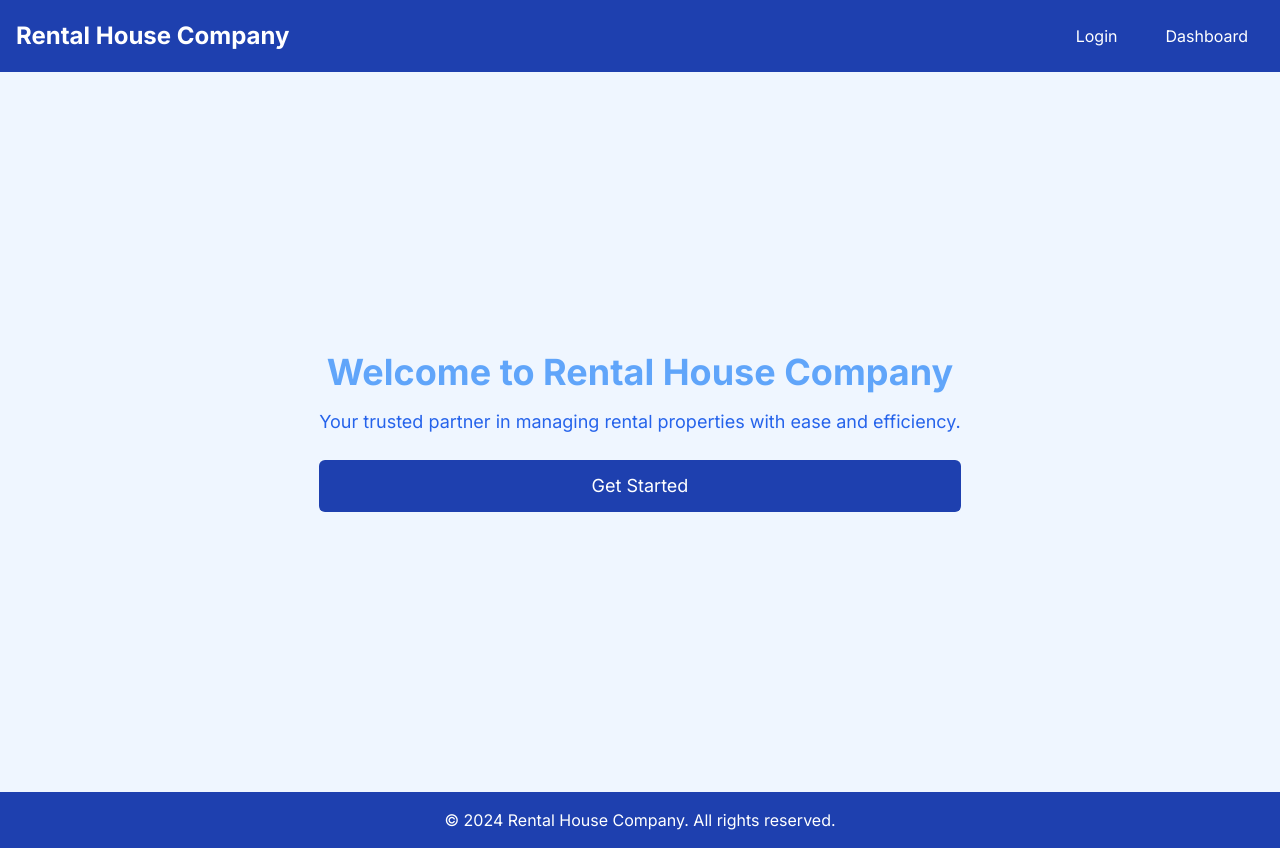
Repository: NassimeElkamari/Horizon-Housing
Page: /
An editor plug-in stored every save of this project. The page is shown before and after the next save, followed by the edit.
The browser window is 1280 px wide. The pictures show the whole page.
The project was rebuilt for these pictures with package versions that can differ from the ones it lists, and the page was loaded fresh each time. The framework's server and built-in components were replaced by stand-ins that run in the browser. Also part of the build but not shown: next.config.mjs.

Above is the page before, as saved 2024-08-28 21:10:39.

### src/app/page.tsx
import Link from 'next/link';

const HomePage = () => {
  return (
    <div className="min-h-screen bg-gray-100">
      <header className="bg-blue-800 text-white p-4">
        <div className="container mx-auto flex justify-between items-center">
          <h1 className="text-2xl font-bold">Rental House Company</h1>
          <nav>
            <ul className="flex space-x-4">
              <li>
                <Link href="/login">
                  <p className="hover:bg-blue-700 px-4 py-2 rounded-md">Login</p>
                </Link>
              </li>
              <li>
                <Link href="/dashboard">
                  <p className="hover:bg-blue-700 px-4 py-2 rounded-md">Dashboard</p>
                </Link>
              </li>
            </ul>
          </nav>
        </div>
      </header>

      <main className="flex flex-col items-center justify-center min-h-screen bg-blue-50">
        <div className="text-center p-6">
          <h2 className="text-4xl font-bold mb-4 text-blue-400">Welcome to Rental House Company</h2>
          <p className="text-lg mb-6 text-blue-600">Your trusted partner in managing rental properties with ease and efficiency.</p>
          <Link href="/dashboard">
            <p className="bg-blue-800 text-white px-6 py-3 rounded-md text-lg hover:bg-blue-700">Get Started</p>
          </Link>
        </div>
      </main>

      <footer className="bg-blue-800 text-white p-4">
        <div className="container mx-auto text-center">
          <p>&copy; {new Date().getFullYear()} Rental House Company. All rights reserved.</p>
        </div>
      </footer>
    </div>
  );
};

export default HomePage;

Loaded but not shown: src/app/layout.tsx (common file); src/app/globals.css (common file); tailwind.config.ts (common file)

After the next save:
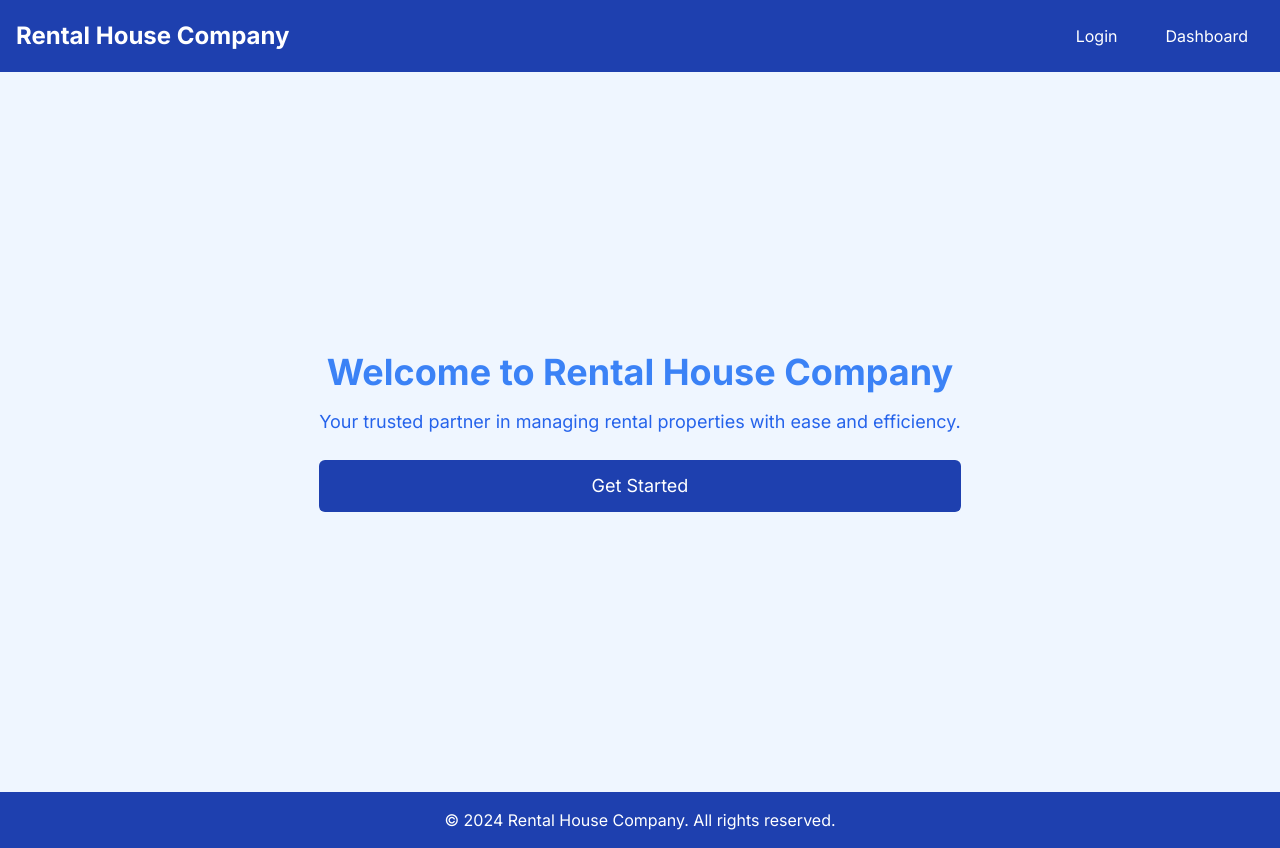
Saved 5 s later.
--- a/src/app/page.tsx
+++ b/src/app/page.tsx
@@ -25,7 +25,7 @@ const HomePage = () => {
 
       <main className="flex flex-col items-center justify-center min-h-screen bg-blue-50">
         <div className="text-center p-6">
-          <h2 className="text-4xl font-bold mb-4 text-blue-400">Welcome to Rental House Company</h2>
+          <h2 className="text-4xl font-bold mb-4 text-blue-500">Welcome to Rental House Company</h2>
           <p className="text-lg mb-6 text-blue-600">Your trusted partner in managing rental properties with ease and efficiency.</p>
           <Link href="/dashboard">
             <p className="bg-blue-800 text-white px-6 py-3 rounded-md text-lg hover:bg-blue-700">Get Started</p>
